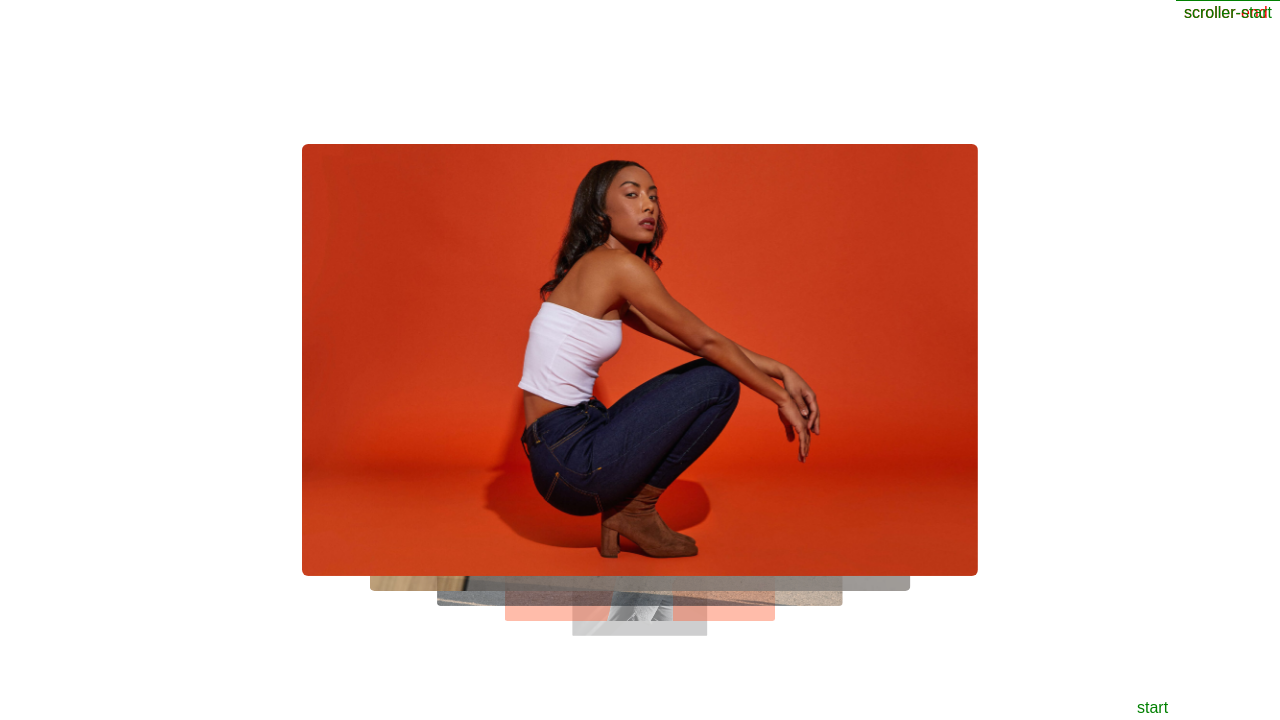
Repository: lwygold/motion
Page: layout/이미지 위로 계속 올라가는레이아웃.html
These files come from the project's save history. The page is drawn as it stood at one moment and after the next save; the edit follows.
The browser window is 1280 px wide. The pictures show the window.
A layer covers the whole window, so only the first screen is drawn.

Above is the page before, as saved 2023-02-21 15:08:34.

### layout/이미지 위로 계속 올라가는레이아웃.html
<!DOCTYPE html>
<html lang="ko">

<head>
    <meta http-equiv="Content-Type" content="text/html;charset=utf-8" />
    <meta name="viewport" content="width=device-width, user-scalable=no, target-densitydpi=medium-dpi" />
    <meta name="apple-mobile-web-app-capable" content="yes" />
    <meta name="format-detection" content="telephone=no" />
    <meta http-equiv="X-UA-Compatible" content="IE=edge" />
    <meta http-equiv="x-rim-auto-match" content="none" />
    <link rel="shortcut icon" href="./images/favicon.ico" />
    <link rel="stylesheet" type="text/css" href="../assets/css/slick.css" />
    <link rel="stylesheet" type="text/css" href="../assets/css/common.css" />
    <link rel="stylesheet" type="text/css" href="../assets/css/main.css" />
    <link rel="stylesheet" type="text/css" href="../assets/css/sub.css" />
    <title>테스트</title>
    <script src="../assets/js/jquery-3.3.1.min.js"></script>
    <script src="../assets/js/jquery-ui.min.js"></script>
    <script src="../assets/js/slick.min.js"></script>
    <script src="../assets/js/gsap.js"></script>
    <script src="../assets/js/gsap_scroll_trigger.js"></script>
    <script src="../assets/js/green.js"></script>
    <script src="../assets/js/common.js"></script>
    <script src="../assets/js/main.js"></script>
    <script src="../assets/js/sub.js"></script>
</head>

<style>
    section {
        width: 100vw;
        height: 100vh;
    }

    section ul {
        align-items: center;
        display: flex;
        height: 100%;
        justify-content: center;
        left: 0;
        position: fixed;
        top: 0;
        width: 100%;
        max-height: 100vh;
    }

    section ul li {
        border-radius: 0.4861111111vw;
        cursor: pointer;
        height: 60vh;
        overflow: hidden;
        position: absolute;
        -webkit-transform-origin: bottom;
        transform-origin: bottom;
        width: 52.7777777744vw;
        will-change: transform, opacity;
    }



    section ul li:nth-child(1) {
        z-index: 5;
    }

    section ul li:nth-child(2) {
        z-index: 4;
    }

    section ul li:nth-child(3) {
        z-index: 3;
    }

    section ul li:nth-child(4) {
        z-index: 2;
    }

    section ul li:nth-child(5) {
        z-index: 1;
    }


    section ul li div {
        height: 100%;
        -webkit-transform: none;
        transform: none;
        transition: -webkit-transform 1.2s cubic-bezier(.165, .84, .44, 1);
        transition: transform 1.2s cubic-bezier(.165, .84, .44, 1);
        transition: transform 1.2s cubic-bezier(.165, .84, .44, 1), -webkit-transform 1.2s cubic-bezier(.165, .84, .44, 1);
        width: 100%;
        will-change: transform;
    }

    section ul li div img {
        height: 100%;
        -o-object-fit: cover;
        object-fit: cover;
        -o-object-position: center;
        object-position: center;
        width: 100%;
        -webkit-transform: none;
        transform: none;
        -webkit-transform-origin: center;
        transform-origin: center;
        transition: -webkit-transform 1.6s cubic-bezier(.165, .84, .44, 1);
        transition: transform 1.6s cubic-bezier(.165, .84, .44, 1);
        transition: transform 1.6s cubic-bezier(.165, .84, .44, 1), -webkit-transform 1.6s cubic-bezier(.165, .84, .44, 1);
        width: 100%;
        will-change: transform;
    }

    section ul li div img:hover {
        -webkit-transform: scale(1.1);
        transform: scale(1.1);
    }
</style>

<body>

    <section class="s1">
        <ul>
            <li class="panel s1-1 panel_first">
                <div>
                    <img src="./images/1.jpg" alt="">
                </div>
            </li>
            <li class="panel s1-2">
                <div>
                    <img src="./images/2.jpg" alt="">
                </div>
            </li>
            <li class="panel s1-3">
                <div>
                    <img src="./images/3.jpg" alt="">
                </div>
            </li>
            <li class="panel s1-4">
                <div>
                    <img src="./images/4.jpg" alt="">
                </div>
            </li>
            <li class="panel s1-5">
                <div>
                    <img src="./images/5.jpg" alt="">
                </div>
            </li>
            <li class="panel s1-6">
                <div>
                    <img src="./images/6.jpg" alt="">
                </div>
            </li>
        </ul>
    </section>


    <script>

        const $ul = $('ul');
        const $li = $('ul li');
        const li_cnt = $('ul li').length;

        $li.each((i, e) => {
            $(e).css("transform", "translateY(" + i * 15 + "px) scale(" + (1 - (0.1 * (i * (2)))) + ")");
            $(e).css("opacity", 1 - (0.1 * (i * (2))));
            $(e).attr("filter", "grayscale(" + i * 33 + "%);");
        });



        $(function () {

            gsap.registerPlugin(ScrollTrigger);

            let panels = gsap.utils.toArray(".panel");

            let tl1 = gsap.timeline({
                scrollTrigger: {
                    trigger: $ul,
                    start: "bottom top",
                    end: "+=1000",
                    pin: true,
                    scrub: true,
                    markers: true,
                }
            });

            // let tl2 = gsap.timeline({
            //     scrollTrigger: {
            //         trigger: 'section',
            //         start: "center 50%",
            //         end: "+=400",
            //         pin: true,
            //         scrub: true,
            //         markers: true,
            //     }
            // });

            // let tl3 = gsap.timeline({
            //     scrollTrigger: {
            //         trigger: 'section',
            //         start: "center 50%",
            //         end: "+=400",
            //         pin: true,
            //         scrub: true,
            //         markers: true,
            //     }
            // });

            // let tl4 = gsap.timeline({
            //     scrollTrigger: {
            //         trigger: 'section',
            //         start: "center 50%",
            //         end: "+=400",
            //         pin: true,
            //         scrub: true,
            //         markers: true,
            //     }
            // });

            // let tl5 = gsap.timeline({
            //     scrollTrigger: {
            //         trigger: 'section',
            //         start: "center 50%",
            //         end: "+=400",
            //         pin: true,
            //         scrub: true,
            //         markers: true,
            //     }
            // });

            // let tl6 = gsap.timeline({
            //     scrollTrigger: {
            //         trigger: 'section',
            //         start: "center 50%",
            //         end: "+=400",
            //         pin: true,
            //         scrub: true,
            //         markers: true,
            //     }
            // });


            panels.forEach((panel, i) => {

                tl1.to(panel, {
                    yPercent: -150,
                });


            });


            // const child1 = document.querySelector(`section ul li:nth-child(2)`);
            // const child2 = document.querySelector(`section ul li:nth-child(3)`);
            // const child3 = document.querySelector(`section ul li:nth-child(4)`);
            // const child4 = document.querySelector(`section ul li:nth-child(5)`);
            // const child5 = document.querySelector(`section ul li:nth-child(6)`);

            // tl2.to(child1, {
            //     y:0,
            //     opacity:1,
            //     scale:1,
            // }).to(child2, {
            //     y:0,
            //     opacity:1,
            //     scale:1,
            // }).to(child3, {
            //     y:0,
            //     opacity:1,
            //     scale:1,
            // }).to(child4, {
            //     y:0,
            //     opacity:1,
            //     scale:1,
            // }).to(child5, {
            //     y:0,
            //     opacity:1,
            //     scale:1,
            // });

            // tl3.to(child2, {
            //     y:15+"px",
            //     opacity:0.8,
            //     scale:0.8,
            // }).to(child3, {
            //     y:15+"px",
            //     opacity:0.8,
            //     scale:0.8,
            // }).to(child4, {
            //     y:15+"px",
            //     opacity:0.8,
            //     scale:0.8,
            // }).to(child5, {
            //     y:15+"px",
            //     opacity:0.8,
            //     scale:0.8,
            // });

            // tl4.to(child3, {
            //     y:30+"px",
            //     opacity:0.6,
            //     scale:0.6,
            // }).to(child4, {
            //     y:30+"px",
            //     opacity:0.6,
            //     scale:0.6,
            // }).to(child5, {
            //     y:30+"px",
            //     opacity:0.6,
            //     scale:0.6,
            // });


            // tl5.to(child4, {
            //     y:45+"px",
            //     opacity:0.4,
            //     scale:0.4,
            // }).to(child5, {
            //     y:45+"px",
            //     opacity:0.4,
            //     scale:0.4,
            // });

            // tl6.to(child5, {
            //     y:60+"px",
            //     opacity:0.2,
            //     scale:0.2,
            // });



















        });

    </script>
</body>

</html>

### assets/css/common.css
@charset "utf-8";

@font-face {
  font-family: "NotoSansKR";
  font-style: normal;
  font-weight: 100;
  src: url(fonts/NotoSansKR-ExtraLight.woff) format("woff");
}

@font-face {
  font-family: "NotoSansKR";
  font-style: normal;
  font-weight: 200;
  src: url(fonts/NotoSansKR-Light.woff) format("woff");
}

@font-face {
  font-family: "NotoSansKR";
  font-style: normal;
  font-weight: 300;
  src: url(fonts/NotoSansKR-DemiLight.woff) format("woff");
}

@font-face {
  font-family: "NotoSansKR";
  font-style: normal;
  font-weight: 400;
  src: url(fonts/NotoSansKR-Regular.woff) format("woff");
}

@font-face {
  font-family: "NotoSansKR";
  font-style: normal;
  font-weight: 500;
  src: url(fonts/NotoSansKR-Medium.woff) format("woff");
}

@font-face {
  font-family: "NotoSansKR";
  font-style: normal;
  font-weight: 600;
  src: url(fonts/NotoSansKR-Bold.woff) format("woff");
}

@font-face {
  font-family: "NotoSansKR";
  font-style: normal;
  font-weight: 700;
  src: url(fonts/NotoSansKR-Bold-Hestia.woff) format("woff");
}

@font-face {
  font-family: "NotoSansKR";
  font-style: normal;
  font-weight: 800;
  src: url(fonts/NotoSansKR-Black-Hestia.woff) format("woff");
}

@font-face {
  font-family: "Montserrat";
  font-style: normal;
  font-weight: 100;
  src: url(fonts/Montserrat-ExtraLight.woff) format("woff");
}

@font-face {
  font-family: "Montserrat";
  font-style: normal;
  font-weight: 200;
  src: url(fonts/Montserrat-Light.woff) format("woff");
}

@font-face {
  font-family: "Montserrat";
  font-style: normal;
  font-weight: 300;
  src: url(fonts/Montserrat-Regular.woff) format("woff");
}

@font-face {
  font-family: "Montserrat";
  font-style: normal;
  font-weight: 400;
  src: url(fonts/Montserrat-Regular.woff) format("woff");
}

@font-face {
  font-family: "Montserrat";
  font-style: normal;
  font-weight: 500;
  src: url(fonts/Montserrat-Medium.woff) format("woff");
}

@font-face {
  font-family: "Montserrat";
  font-style: normal;
  font-weight: 600;
  src: url(fonts/Montserrat-Bold.woff) format("woff");
}

@font-face {
  font-family: "Montserrat";
  font-style: normal;
  font-weight: 700;
  src: url(fonts/Montserrat-ExtraBold.woff) format("woff");
}

@font-face {
  font-family: "Montserrat";
  font-style: normal;
  font-weight: 800;
  src: url(fonts/Montserrat-ExtraBlack.woff) format("woff");
}

@font-face {
  font-family: "Saira";
  font-style: normal;
  font-weight: 100;
  src: url(fonts/Saira-ExtraLight.woff) format("woff");
}

@font-face {
  font-family: "Saira";
  font-style: normal;
  font-weight: 200;
  src: url(fonts/Saira-Light.woff) format("woff");
}

@font-face {
  font-family: "Saira";
  font-style: normal;
  font-weight: 300;
  src: url(fonts/Saira-Regular.woff) format("woff");
}

@font-face {
  font-family: "Saira";
  font-style: normal;
  font-weight: 400;
  src: url(fonts/Saira-Regular.woff) format("woff");
}

@font-face {
  font-family: "Saira";
  font-style: normal;
  font-weight: 500;
  src: url(fonts/Saira-Medium.woff) format("woff");
}

@font-face {
  font-family: "Saira";
  font-style: normal;
  font-weight: 600;
  src: url(fonts/Saira-Bold.woff) format("woff");
}

@font-face {
  font-family: "Saira";
  font-style: normal;
  font-weight: 700;
  src: url(fonts/Saira-ExtraBold.woff) format("woff");
}

@font-face {
  font-family: "Saira";
  font-style: normal;
  font-weight: 800;
  src: url(fonts/Saira-Black.woff) format("woff");
}

@font-face {
  font-family: "NanumSquare";
  font-style: normal;
  font-weight: 200;
  src: url(fonts/NanumSquareL.woff) format("woff");
}

@font-face {
  font-family: "NanumSquare";
  font-style: normal;
  font-weight: 400;
  src: url(fonts/NanumSquareR.woff) format("woff");
}

@font-face {
  font-family: "NanumSquare";
  font-style: normal;
  font-weight: 600;
  src: url(fonts/NanumSquareB.woff) format("woff");
}

@font-face {
  font-family: "NanumSquare";
  font-style: normal;
  font-weight: 700;
  src: url(fonts/NanumSquareEB.woff) format("woff");
}

@font-face {
  font-family: "play";
  font-style: normal;
  font-weight: 400;
  src: url(fonts/Play-Regular.woff) format("woff");
}

@font-face {
  font-family: "play";
  font-style: normal;
  font-weight: 600;
  src: url(fonts/Play-Bold.woff) format("woff");
}

@font-face {
  font-family: "Lovelace";
  font-style: normal;
  font-weight: 100;
  src: url(fonts/Lovelace-ExtraLight.woff) format("woff");
}

@font-face {
  font-family: "Lovelace";
  font-style: normal;
  font-weight: 200;
  src: url(fonts/Lovelace-Light.woff) format("woff");
}

@font-face {
  font-family: "Lovelace";
  font-style: normal;
  font-weight: 400;
  src: url(fonts/Lovelace-Regular.woff) format("woff");
}

@font-face {
  font-family: "Lovelace";
  font-style: normal;
  font-weight: 500;
  src: url(fonts/Lovelace-Medium.woff) format("woff");
}

@font-face {
  font-family: "Lovelace";
  font-style: normal;
  font-weight: 600;
  src: url(fonts/Lovelace-Bold.woff) format("woff");
}

@font-face {
  font-family: "Lovelace";
  font-style: normal;
  font-weight: 700;
  src: url(fonts/Lovelace-ExtraBold.woff) format("woff");
}

* {
  font-family: "NotoSansKR";
  box-sizing: border-box;
}

/* 여백 초기화 */
html,
body,
div,
span,
object,
iframe,
h1,
h2,
h3,
h4,
h5,
h6,
p,
blockquote,
pre,
abbr,
address,
cite,
code,
del,
dfn,
em,
img,
ins,
kbd,
q,
samp,
small,
strong,
sub,
sup,
var,
b,
i,
dl,
dt,
dd,
ol,
ul,
li,
fieldset,
form,
label,
legend,
table,
caption,
tbody,
tfoot,
thead,
tr,
th,
td,
article,
aside,
canvas,
details,
figcaption,
figure,
footer,
header,
hgroup,
menu,
nav,
section,
summary,
time,
mark,
audio,
video {
  margin: 0;
  padding: 0;
  border: 0;
  outline: 0;
  font-size: 100%;
  vertical-align: baseline;
  background: transparent;
}

* {
  -webkit-text-size-adjust: none;
  -moz-text-size-adjust: none;
  -ms-text-size-adjust: none;
}

html,
body {
  position: relative;
  margin: 0 auto;
  height: 100%;
  width: 100%;
}

body {
  line-height: 1;
}

article,
aside,
details,
figcaption,
figure,
footer,
header,
hgroup,
menu,
nav,
section {
  display: block;
}

ul,
li {
  list-style: none;
}

blockquote,
q {
  quotes: none;
}

blockquote:before,
blockquote:after,
q:before,
q:after {
  content: "";
  content: none;
}

a {
  margin: 0;
  padding: 0;
  color: #000;
  font-size: 100%;
  text-decoration: none;
  vertical-align: baseline;
  background: transparent;
}

del {
  text-decoration: line-through;
}

abbr[title],
dfn[title] {
  border-bottom: 1px dotted;
  cursor: help;
}

table {
  border-collapse: collapse;
  border-spacing: 0;
}

/* change border colour to suit your needs */

hr {
  display: block;
  height: 1px;
  border: 0;
  border-top: 1px solid #cccccc;
  margin: 1em 0;
  padding: 0;
}

input,
select {
  vertical-align: middle;
}

/*-------------------------------------------------------------------
    @input style
-------------------------------------------------------------------*/

button {
  -webkit-appearance: none;
  appearance: none;
  -webkit-border-radius: 0;
  border-radius: 0;
}

input[type="button"],
input[type="reset"],
input[type="text"],
input[type="password"],
input[type="submit"],
input[type="search"],
input[type="tel"],
input[type="email"] {
  -webkit-appearance: none;
  appearance: none;
  -webkit-border-radius: 0;
  border-radius: 0;
  font-size: 16px;
}

/*-------------------------------------------------------------------
    @select
-------------------------------------------------------------------*/
select {
  font-family: "Noto Sans KR";
  font-size: 19px;
  -webkit-appearance: none;
  -moz-appearance: none;
  appearance: none;
  background-image: url(../images/sl_btn.png);
  background-repeat: no-repeat;
  background-position: 93% 50%;
  background-size: 15px;
  background-color: #fff;
  border: none;
  width: 100%;
}

/*-------------------------------------------------------------------
    @select IE10,11의 네이티브 화살표 숨기기
-------------------------------------------------------------------*/
select::-ms-expand {
  display: none;
}

/*-------------------------------------------------------------------
    @clearfix
-------------------------------------------------------------------*/
.clearfix {
  *zoom: 1;
}

.clearfix:before,
.clearfix:after {
  display: block;
  content: "";
  line-height: 0;
}

.clearfix:after {
  clear: both;
}

.fl {
  float: left;
}

.fr {
  float: right;
}

/*-------------------------------------------------------------------
    @공통서브
-------------------------------------------------------------------*/

section {
  box-sizing: border-box;
  overflow: hidden;
  position: relative;
  width: 100%;
  max-width: 1920px;
  margin: 0 auto;
}

.inner {
  width: 100%;
  max-width: 1280px;
  padding: 0px 40px;
  box-sizing: border-box;
}

/* 가로 양옆으로  */
.flex__lrc,
.flex__lrc2 {
  display: flex;
  flex-direction: row;
  flex-wrap: wrap;
  justify-content: space-between;
  align-items: center;
}

.flex__lrt,
.flex__lrt2 {
  display: flex;
  flex-direction: row;
  flex-wrap: wrap;
  justify-content: space-between;
  align-items: flex-start;
}

.flex__lrb,
.flex__lrb2 {
  display: flex;
  flex-direction: row;
  flex-wrap: wrap;
  justify-content: space-between;
  align-items: flex-end;
}

/* 가로 가운데 새로 가운데 */
.flex__cc,
.flex__cc1,
.flex__cc2 {
  display: flex;
  flex-direction: row;
  flex-wrap: wrap;
  justify-content: center;
  align-items: center;
}

.flex__lrc2 > div,
.flex__lrt2 > div,
.flex__lrb2 > div,
.flex__cc2 > div {
    width: 50%;
}

.h100 {
    height: 100%;
}

.w100 {
    width: 100%;
}

.row2,
.row3,
.row4,
.row5 {
    display: flex;
    flex-direction: row;
    flex-wrap: wrap;
}

.row2 > .col {
    width: 50%;
}

.row3 > .col {
    width: 33.33%;
}

.row4 > .col {
    width: 25%;
}

.row5 > .col {
    width: 20%;
}


@media only screen and (max-width: 640px) {
}

### assets/css/main.css
body {
 font-size:0;
}


section.section4 {
 height: 400vh;
}

.header-section {
 padding: 0 15px;
 text-align: center;
 margin: 0;
 height: 100vh;
 color: #000;
 font-size: 35px;
 display: flex;
 align-items: center;
 justify-content: center;
}

.nav {
 display: flex;
 position: fixed;
 right:100px;
 top:50%;
 transform: translateY(-50%);
 z-index: 11;
}

.nav > div {
 position: relative;
 width: 2px;
 height: 55px;
 background: transparent;
 z-index: 1;
}

.nav > div:after {
 content:'';
 position: absolute;
 left:0;
 top:0;
 width:3px;
 height: 55px;
 background: rgba(255,255,255, 0.3);
 z-index: 2;
}

.nav div > div {
 position: absolute;
 left:0;
 top:0;
 width:2px;
 height:0;
 background: #fff;
}


.gridBlock {
 opacity: 0;
}


/* Grid almost fully pulled from https://www.rino-pelle.com/ */
.grid-container {
 width: 100vw;
 height: 400vh;
 position: relative;
}
.grid {
 top: 0;
 left: 0;
 z-index: 1;
 width: 70vw;
 height: 60vw;
 margin: 0 calc(100vw / 20 * 3);
 position: absolute;

}
@media only screen and (max-width: 580px) {
 .grid {
 margin: 0;
 width: 100vw;
 height: 89.444vw;
}
}
.gridBlock {
 background-size: cover;
 background-color: darkgray;
}
.gridLayer {
 top: 0;
 left: 0;
 width: 100%;
 height: 100%;
 position: absolute;
 will-change: transform;
 transform-origin: 44.951% 50%;
}
.gridLayer:nth-child(1) .gridBlock {
 top: 5vw;
 left: 20vw;
 width: 10vw;
 height: 10vw;
}
@media only screen and (max-width: 580px) {
 .gridLayer:nth-child(1) .gridBlock {
 top: 11.111vw;
 left: 23.889vw;
 width: 15vw;
 height: 15vw;
}
}
.gridLayer:nth-child(2) .gridBlock {
 top: 0;
 left: 32.5vw;
 width: 15vw;
 height: 15vw;
}
@media only screen and (max-width: 580px) {
 .gridLayer:nth-child(2) .gridBlock {
 top: 0;
 left: 43.333vw;
 width: 26.389vw;
 height: 26.389vw;
}
}
.gridLayer:nth-child(3) .gridBlock {
 left: 0;
 top: 25vw;
 width: 15vw;
 height: 15vw;
}
@media only screen and (max-width: 580px) {
 .gridLayer:nth-child(3) .gridBlock {
 top: 30.278vw;
 left: 0;
 width: 26.389vw;
 height: 26.389vw;
}
}
.gridLayer:nth-child(4) .gridBlock {
 top: 17.5vw;
 left: 17.5vw;
 width: 30vw;
 height: 30vw;
}
@media only screen and (max-width: 580px) {
 .gridLayer:nth-child(4) .gridBlock {
 top: 30.278vw;
 left: 30.278vw;
 width: 39.444vw;
 height: 39.444vw;
}
}
.gridLayer:nth-child(5) {
 z-index: 1;
}
.gridLayer:nth-child(5) .gridBlock {
 top: 20vw;
 left: 50vw;
 width: 5vw;
 height: 5vw;
}
@media only screen and (max-width: 580px) {
 .gridLayer:nth-child(5) .gridBlock {
 top: 23.889vw;
 left: 73.889vw;
 width: 15.278vw;
 height: 15.278vw;
}
}
.gridLayer:nth-child(5) a {
 height: 100%;
 display: flex;
 align-items: center;
 justify-content: center;
}
.gridLayer:nth-child(5) svg {
 width: 1.75vw;
}
@media only screen and (max-width: 580px) {
 .gridLayer:nth-child(5) svg {
 width: 4.722vw;
}
}
.gridLayer:nth-child(6) .gridBlock {
 left: 50vw;
 top: 27.5vw;
 width: 20vw;
 height: 20vw;
}
@media only screen and (max-width: 580px) {
 .gridLayer:nth-child(6) .gridBlock {
 top: 43.889vw;
 left: 73.889vw;
 width: 26.389vw;
 height: 26.389vw;
}
}
.gridLayer:nth-child(7) .gridBlock {
 left: 10vw;
 top: 42.5vw;
 width: 5vw;
 height: 5vw;
}
@media only screen and (max-width: 580px) {
 .gridLayer:nth-child(7) .gridBlock {
 display: none;
}
}
.gridLayer:nth-child(8) .gridBlock {
 bottom: 5vw;
 left: 42.5vw;
 width: 5vw;
 height: 5vw;
}
@media only screen and (max-width: 580px) {
 .gridLayer:nth-child(8) .gridBlock {
 display: none;
}
}
.gridLayer:nth-child(9) .gridBlock {
 bottom: 0;
 left: 50vw;
 width: 10vw;
 height: 10vw;
}
@media only screen and (max-width: 580px) {
 .gridLayer:nth-child(9) .gridBlock {
 top: 73.889vw;
 left: 58.889vw;
 width: 15.278vw;
 height: 15.278vw;
}
}
.gridBlock {
 display: block;
 position: absolute;
}



@media only screen and (max-width: 640px) {

}

### assets/css/sub.css

@media only screen and (max-width: 640px) {

}

### assets/js/common.js
var clickType = "click";
if ("ontouchstart" in document.documentElement) {
    clickType = "touchstart";
}
$(function () {

})

### assets/js/main.js
$(function () {



});

### assets/js/sub.js
$(function () {

})

Loaded but not shown: assets/css/slick.css (common file); assets/js/jquery-3.3.1.min.js (library); assets/js/jquery-ui.min.js (library); assets/js/slick.min.js (library); assets/js/gsap.js (library); assets/js/gsap_scroll_trigger.js (library); assets/js/green.js (187 lines, source omitted)

After the next save:
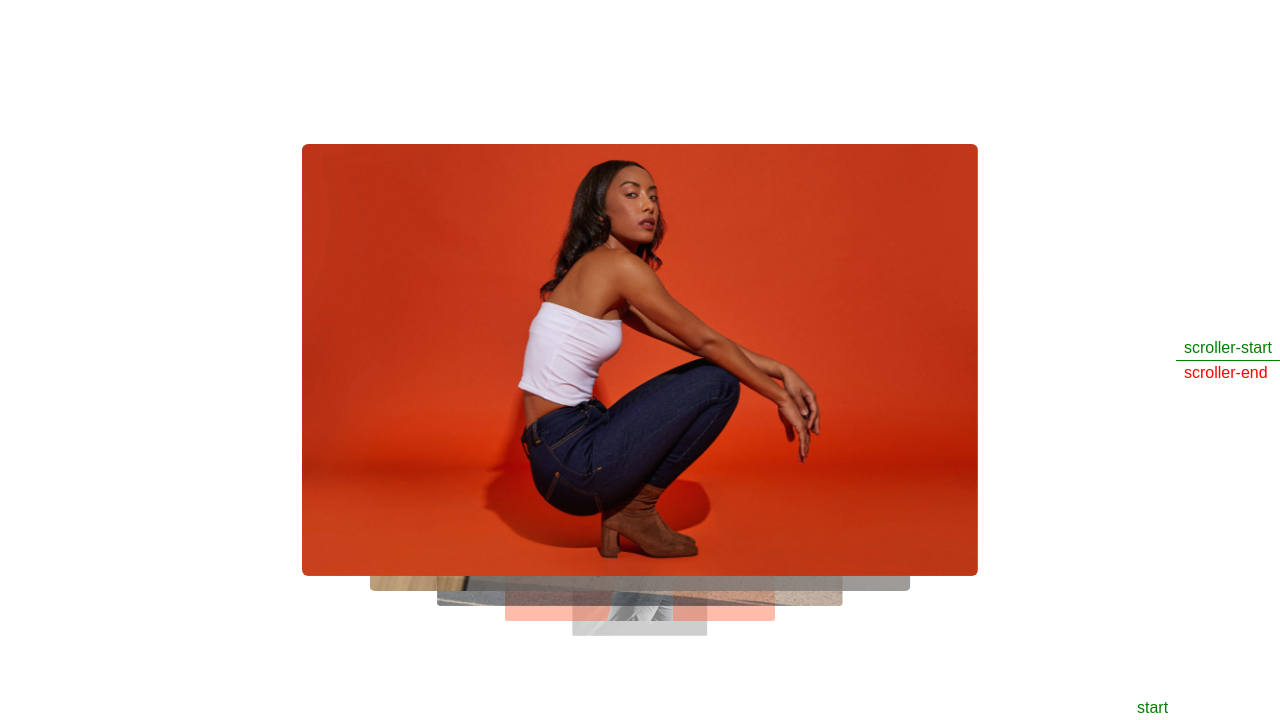
Saved 9 s later.
--- a/layout/이미지 위로 계속 올라가는레이아웃.html
+++ b/layout/이미지 위로 계속 올라가는레이아웃.html
@@ -174,8 +174,8 @@
             let tl1 = gsap.timeline({
                 scrollTrigger: {
                     trigger: $ul,
-                    start: "bottom top",
-                    end: "+=1000",
+                    start: "bottom center",
+                    end: "+=3000",
                     pin: true,
                     scrub: true,
                     markers: true,
